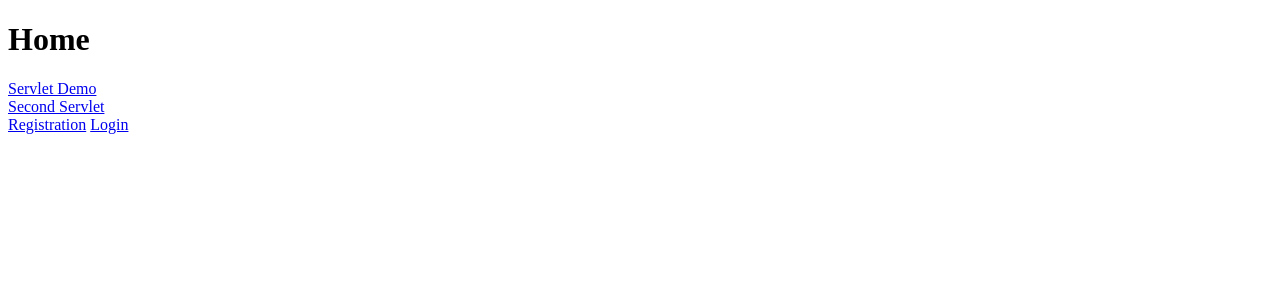
Repository: krushitvaghani03/-OOPS
Page: Project/src/main/webapp/index.html
The author's editor kept a copy of each file at every save. The page is drawn from the files as they stood at one save, then again after the next save.
The browser window is 1280 px wide. The pictures show the whole page.

Above is the page before, as saved 2022-05-03 04:59:01.

After the next save:
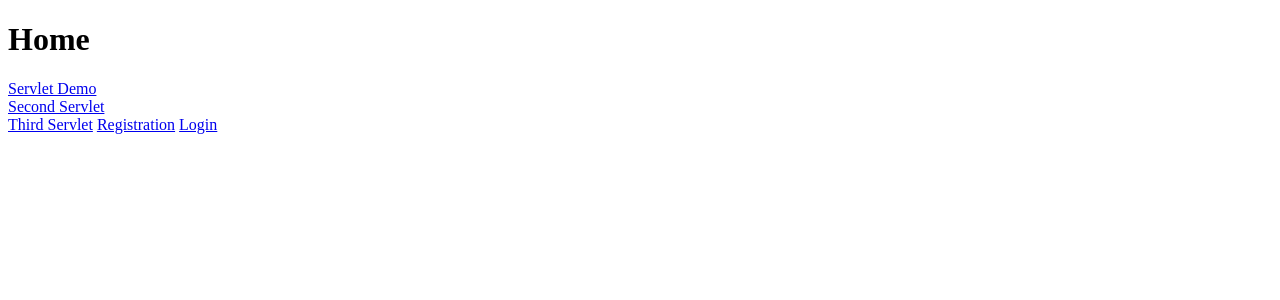
Saved 72 s later.
--- a/Project/src/main/webapp/index.html
+++ b/Project/src/main/webapp/index.html
@@ -8,6 +8,7 @@
 <h1>Home </h1>
 <a href="Servlet">Servlet Demo</a><br>
 <a href="Second">Second Servlet</a><br>
+<a href="ThirdServlet">Third Servlet</a>
 <a href="registration.html">Registration</a>
 <a href="login.html">Login</a>
 </body>
